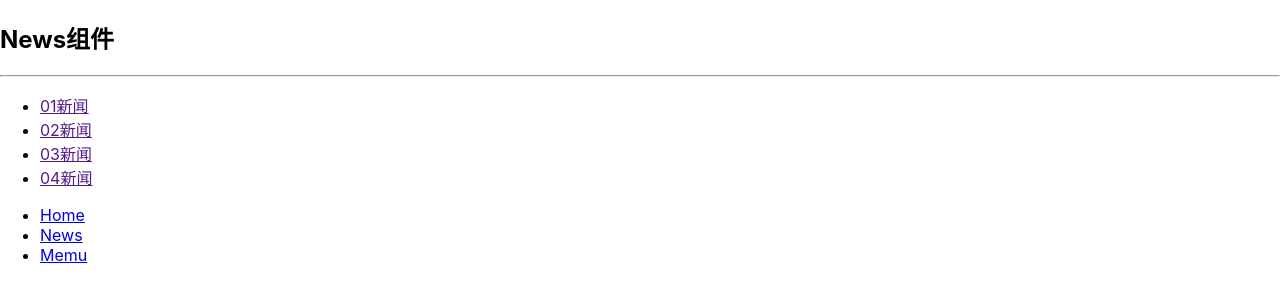
Repository: zhenzhen-gong/react-learning
Page: /news
These files come from the project's save history. The page is drawn as it stood at one moment and after the next save; the edit follows.
The browser window is 1280 px wide. The pictures show the whole page.
The project was rebuilt for these pictures with package versions that can differ from the ones it lists, and the page was loaded fresh each time. Also part of the build but not shown: src/component/routerTest/home.js, src/component/routerTest/memu.js.

Above is the page before, as saved 2021-04-18 15:42:10.

### src/index.js
import React from 'react';
import ReactDOM from 'react-dom';
import {
  BrowserRouter as Router,
  Route,
  Link
} from "react-router-dom";

import './index.css';
import Home from './component/routerTest/home';
import News from './component/routerTest/news';
import Memu from './component/routerTest/memu';
import reportWebVitals from './reportWebVitals';

ReactDOM.render(
  <Router>
    {/*
     <Route path='/'> <Home /> </Route>
    <Route path='/news'> <News /> </Route>
    <Route path='/memu'>  <Memu /> </Route>
     */}
     {/*exact 为严格匹配*/}
     <Route exact  path='/' component={Home} />
    <Route path='/news' component={News} />
    <Route path='/memu' component={Memu} />

    <ul>
          <li>
            <Link to="/">Home</Link>
          </li>
          <li>
            <Link to="/news/:api">News</Link>
          </li>
          <li>
            <Link to="/memu">Memu</Link>
          </li>
        </ul>

  </Router>,
  document.getElementById('root')
);

// If you want to start measuring performance in your app, pass a function
// to log results (for example: reportWebVitals(console.log))
// or send to an analytics endpoint. Learn more: https://bit.ly/CRA-vitals
reportWebVitals();

### src/component/routerTest/news.js
import React, {Component} from 'react'
import { Link } from "react-router-dom";


class News extends Component {
    constructor(props) {
        super(props)
        this.state = {
            msg: "News组件",
            list: [
                {
                    api:"01",
                    title: '01新闻'
                },
                {
                    api:"02",
                    title: '02新闻'
                },
                {
                    api:"03",
                    title: '03新闻'
                },
                {
                    api:"04",
                    title: '04新闻'
                }
            ]
        }
    }


    render() {
        return (
            <div>
                <h2>{this.state.msg}</h2>
                <hr />
                <ul>
                    {
                        this.state.list.map((value, key) => {
                            return <li key={key}>
                                <Link path={`/news/${value.api}`}>{value.title}</Link>
                            </li>
                        })
                    }
                </ul>
            </div>
        )
    }
}


export default News;

Loaded but not shown: public/index.html (common file); src/index.css (common file); src/reportWebVitals.js (common file)

After the next save:
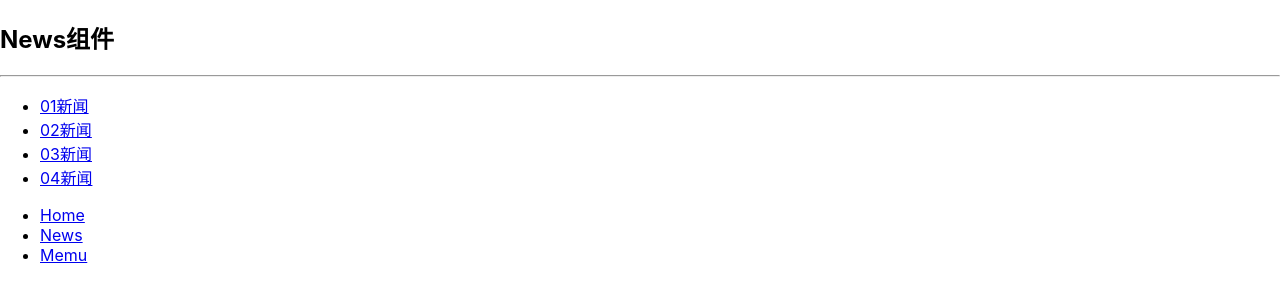
Saved 74 s later.
--- a/src/component/routerTest/news.js
+++ b/src/component/routerTest/news.js
@@ -38,7 +38,7 @@ class News extends Component {
                     {
                         this.state.list.map((value, key) => {
                             return <li key={key}>
-                                <Link path={`/news/${value.api}`}>{value.title}</Link>
+                                <Link to={`/news/${value.api}`}>{value.title}</Link>
                             </li>
                         })
                     }
